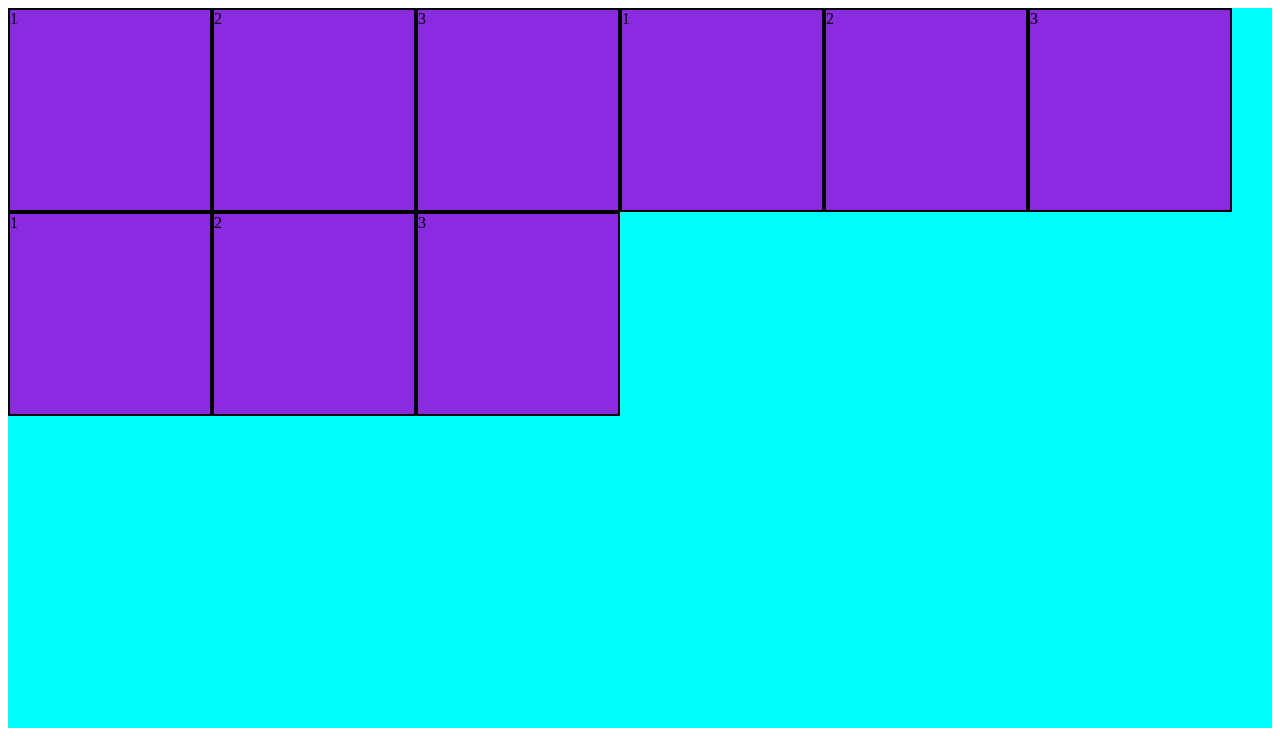
Repository: imokha01/Flexbox-and-Position-Example
Page: index.html
These files come from the project's save history. The page is drawn as it stood at one moment and after a run of saves; the edit follows.
The browser window is 1280 px wide. The pictures show the whole page.

Above is the page before, as saved 2023-11-21 15:10:41.

After the next 2 saves:
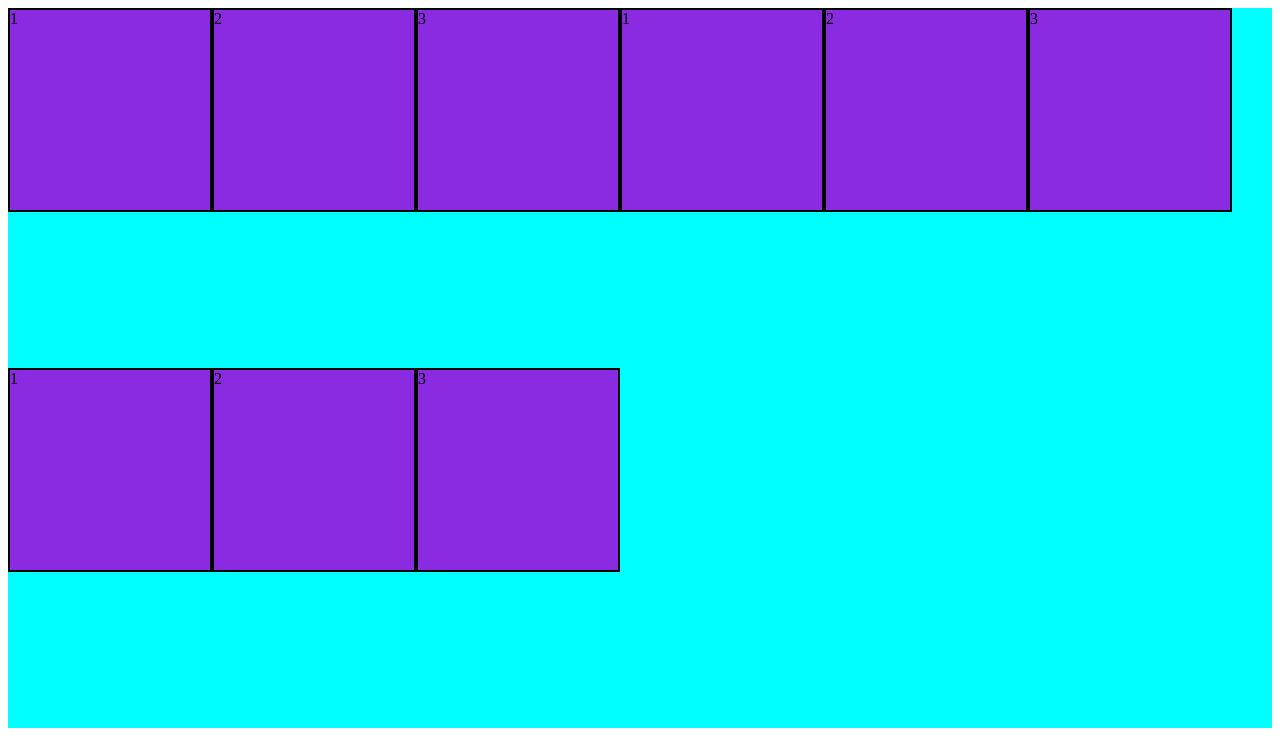
The 2 saves are shown as one change because they came seconds apart.
The last was saved 24 s later.
--- a/index.css
+++ b/index.css
@@ -5,7 +5,7 @@
     /* justify-content: y; */
     height: 100vh;
     flex-wrap: wrap;
-    align-content: flex-start;
+    align-content: spa;
 
 }
 
